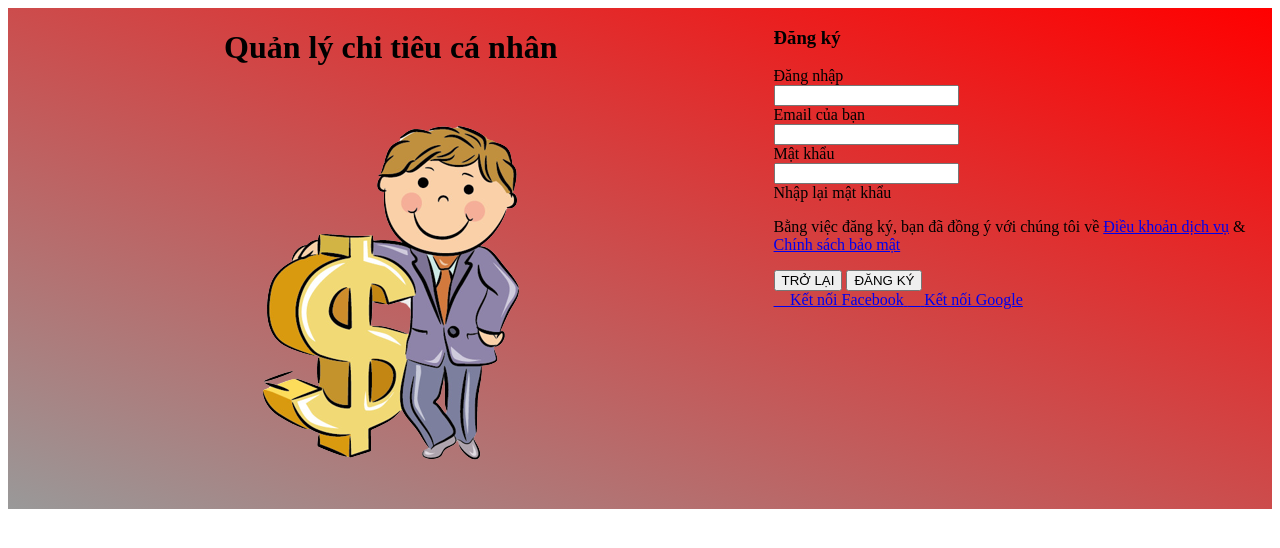
Repository: ximvhs/sochitieu
Page: login.html
These files come from the project's save history. The page is drawn as it stood at one moment and after a run of saves; the edit follows.
The browser window is 1280 px wide. The pictures show the whole page.
Some web fonts or font styles are not loaded; a fallback is used.

Above is the page before, as saved 2023-04-05 09:59:50.

After the next 6 saves:
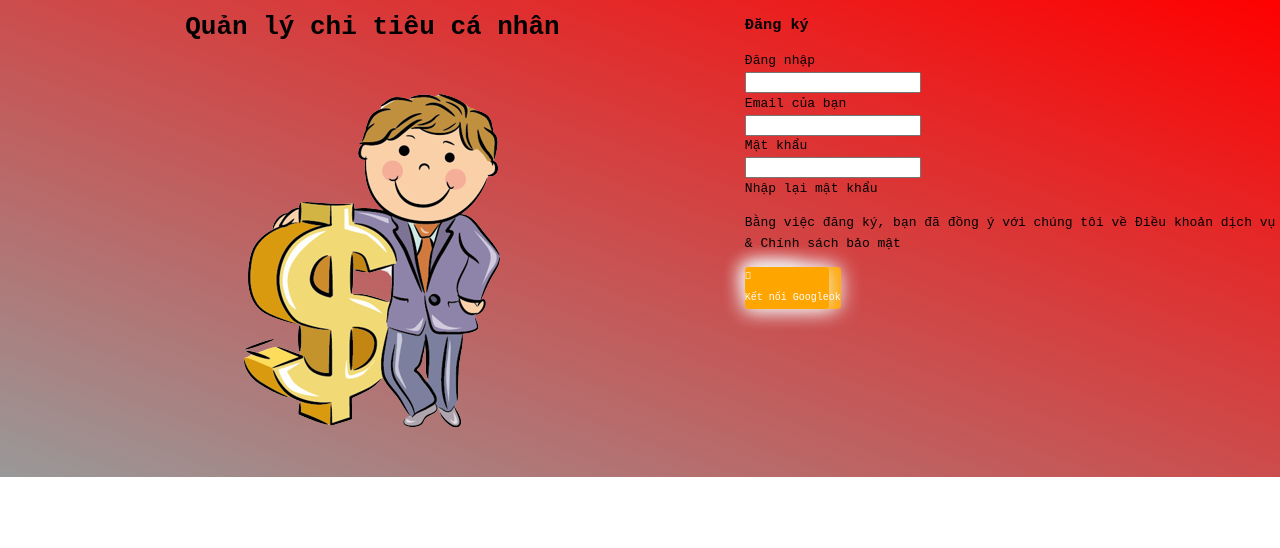
The 6 saves are shown as one change because they came seconds apart.
The last was saved 32 s later.
--- a/login.html
+++ b/login.html
@@ -9,6 +9,7 @@
     <link rel="stylesheet" href="./assets/css/grid.css">
     <link rel="stylesheet" href="./assets/css/resets.css">
     <link rel="stylesheet" href="./assets/css/responsive.css">
+    <link rel="stylesheet" href="./assets/css/base.css">
     <link rel="stylesheet" href="./themify-icons-font/themify-icons/themify-icons.css">
     <link rel="stylesheet" href="https://fonts.googleapis.com/css2?family=Material+Symbols+Outlined:opsz,wght,FILL,GRAD@20..48,100..700,0..1,-50..200" />
     <link rel="preconnect" href="https://fonts.googleapis.com">
